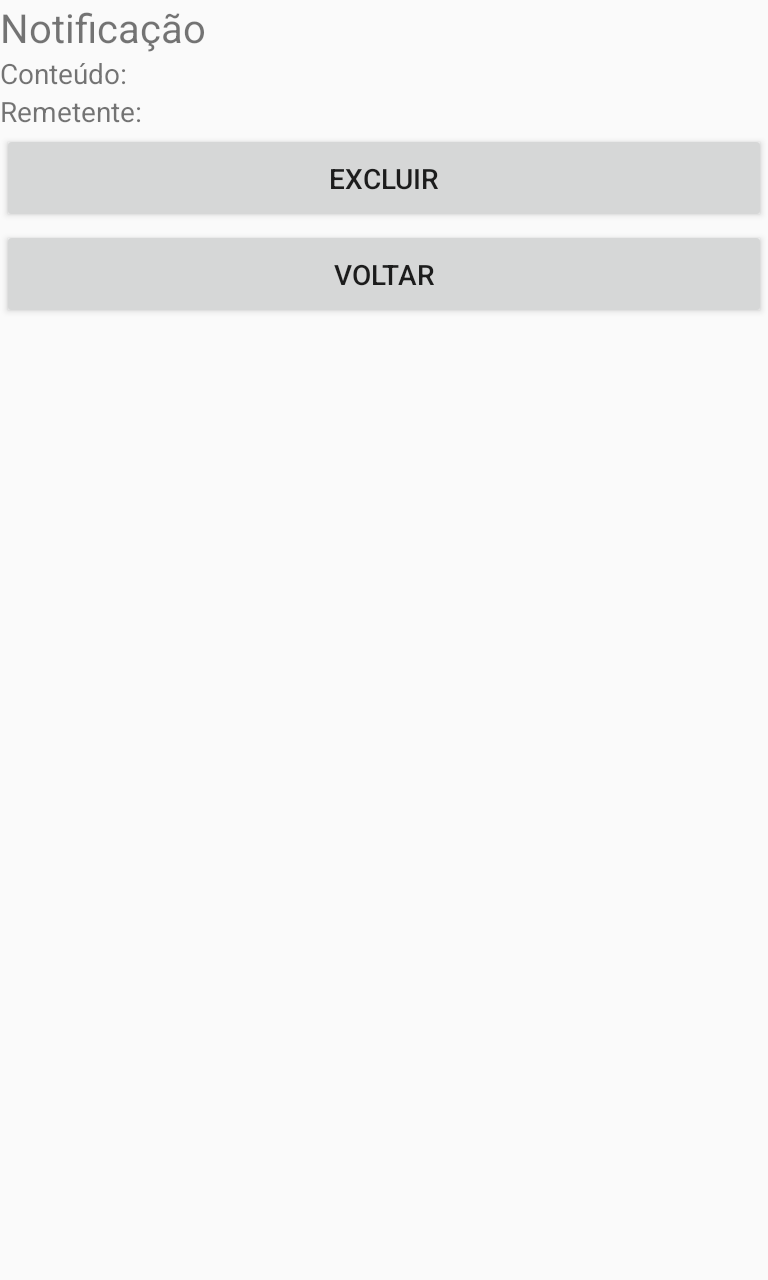
Repository: luizhenrique-dev/repositorio-mobile
Layout: ProjetoFinalMobile/UFGMemo/res/layout/fragment_notificacao.xml
An editor plug-in stored every save of this project. The layout is shown before and after the next save, followed by the edit.
It is drawn on a 768 x 1280 px phone screen (xhdpi) without system bars, with theme AppTheme; the app's code is not run.

Above is the layout before, as saved 2014-04-27 02:49:31.

After the next save:
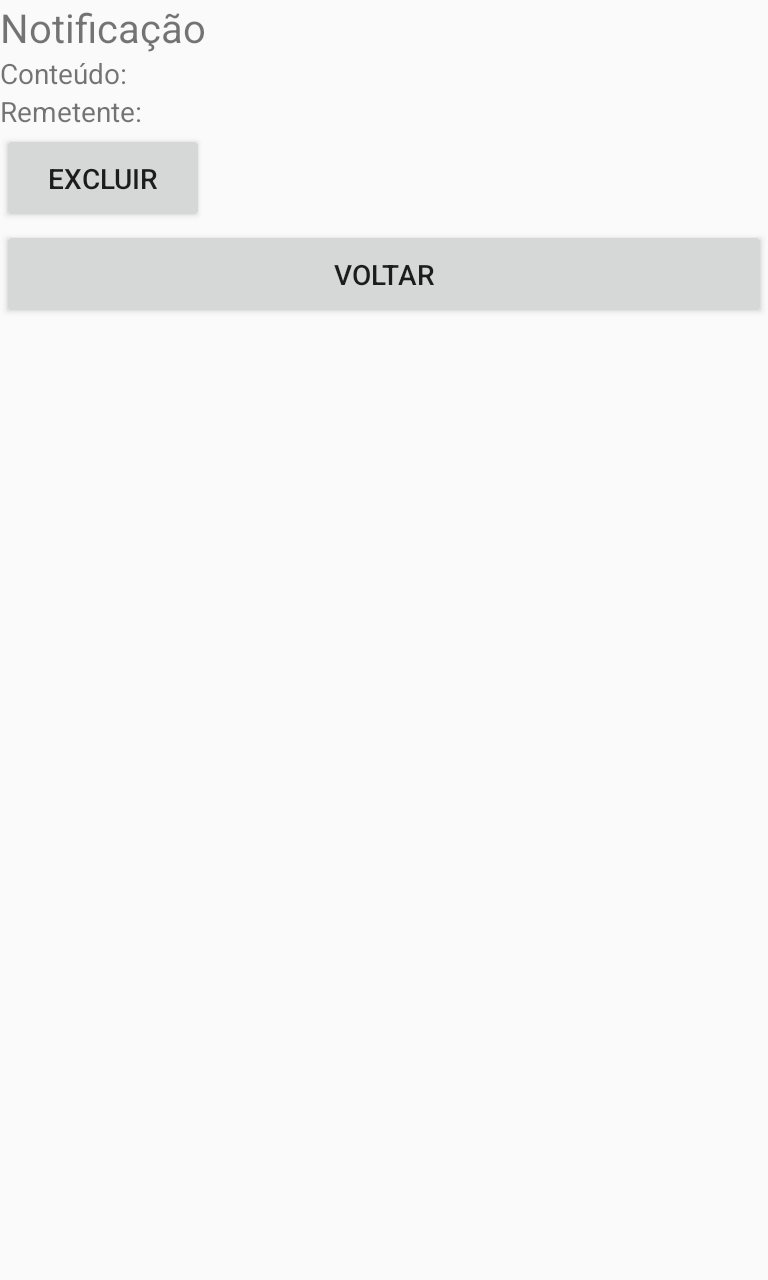
Saved 64 s later.
--- a/ProjetoFinalMobile/UFGMemo/res/layout/fragment_notificacao.xml
+++ b/ProjetoFinalMobile/UFGMemo/res/layout/fragment_notificacao.xml
@@ -25,11 +25,13 @@
         <TextView android:id="@+id/remetente" />
     </TableRow>
 
+    <TableRow>
     <Button
         android:id="@+id/excluir"
         android:layout_width="fill_parent"
         android:layout_height="wrap_content"
         android:text="Excluir" />
+</TableRow>
 
     <Button
         android:id="@+id/voltar"
